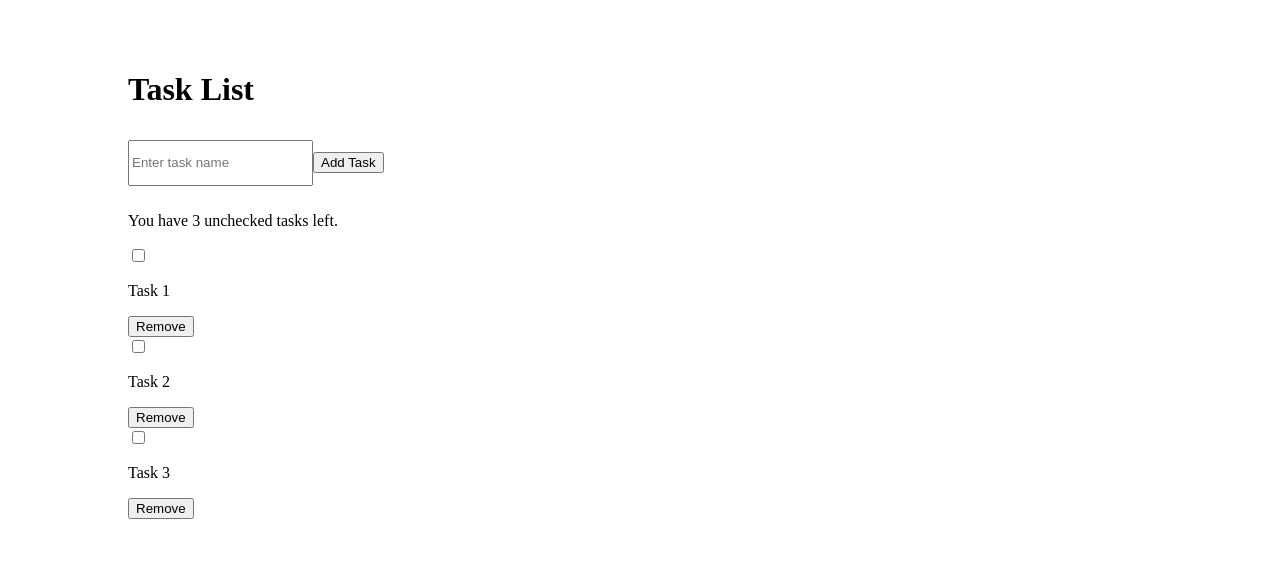
Repository: SandyLy453/task-list
Page: /
These files come from the project's save history. The page is drawn as it stood at one moment and after the next save; the edit follows.
The browser window is 1280 px wide. The pictures show the whole page.
The project was rebuilt for these pictures with package versions that can differ from the ones it lists, and the page was loaded fresh each time. Also part of the build but not shown: vite.config.js.

Above is the page before, as saved 2024-10-11 15:18:29.

### src/App.jsx
import { useState } from 'react';
import Task from './components/Task';
import TaskForm from './components/TaskForm';

function App() {
  const [tasks, setTasks] = useState([
    { name: 'Task 1', checked: false },
    { name: 'Task 2', checked: false },
    { name: 'Task 3', checked: false }
  ]);

  // Function to calculate the number of unchecked tasks
  const getUncheckedCount = () => {
    return tasks.filter((task) => !task.checked).length;
  };

  // Function to add a new task
  const addTask = (taskName) => {
    setTasks([...tasks, { name: taskName, checked: false }]); // New tasks are unchecked by default
  };

  // Function to remove a task
  const removeTask = (taskName) => {
    setTasks(tasks.filter((task) => task.name !== taskName));
  };

  // Function to toggle the task status
  const toggleTaskStatus = (taskName) => {
    const updatedTasks = tasks.map((task) =>
      task.name === taskName ? { ...task, checked: !task.checked } : task
    );
    setTasks(updatedTasks); // Update the task's checked status in the parent state
  };

  return (
    <>
      <div className="container">
        <h1>Task List</h1>
        <TaskForm addTask={addTask} />
        <p>You have {getUncheckedCount()} unchecked tasks left.</p>
        <div>
          {tasks.map((task, index) => (
            <Task
              key={index}
              name={task.name}
              checked={task.checked}
              toggleTaskStatus={toggleTaskStatus}
              removeTask={removeTask}
            />
          ))}
        </div>
      </div>
    </>
  );
}

export default App;

### src/index.css
.container {
  padding: 20px;
  margin: 30px 100px;
}

.inputBox {
  padding: 10px 0 10px 0;
}

.input {
  height: 40px;
}

### src/components/Task.jsx
import { useRef, useEffect } from "react";

export default function Task({ name, checked, removeTask, toggleTaskStatus }) {
  const checkboxRef = useRef(null);
  const taskNameRef = useRef(null);

  useEffect(() => {
    const checkbox = checkboxRef.current;
    const crossText = taskNameRef.current;

    // Handle the initial checked state
    if (checked) {
      checkbox.checked = true;
      crossText.style.textDecoration = "line-through";
    } else {
      checkbox.checked = false;
      crossText.style.textDecoration = "none";
    }

    const handleCheckBoxChange = () => {
      toggleTaskStatus(name);
    };

    checkbox.addEventListener("change", handleCheckBoxChange);

    return () => {
      checkbox.removeEventListener("change", handleCheckBoxChange);
    };
  }, [name, checked, toggleTaskStatus]);

  return (
    <>
      <div className="task">
        <label>
          <input type="checkbox" ref={checkboxRef} />
        </label>
        <p ref={taskNameRef}>{name}</p>
        <button className="task-delete" onClick={() => removeTask(name)}>
          Remove
        </button>
      </div>
    </>
  );
}

### src/components/TaskForm.jsx
import { useState } from "react";

export default function TaskForm({ addTask }) {
  const [inputValue, setInputValue] = useState("");

  const handleSubmit = (e) => {
    e.preventDefault();
    if (inputValue.trim() !== "") {
      addTask(inputValue);
      setInputValue(""); // clear the input
    }
  };

  return (
    <form onSubmit={handleSubmit} className="inputBox">
      <input
        type="text"
        value={inputValue}
        onChange={(e) => setInputValue(e.target.value)}
        placeholder="Enter task name"
        className="input"
      />
      <button type="submit" className="sm-btn">Add Task</button>
    </form>
  );
}

Loaded but not shown: index.html (common file); src/main.jsx (common file)

After the next save:
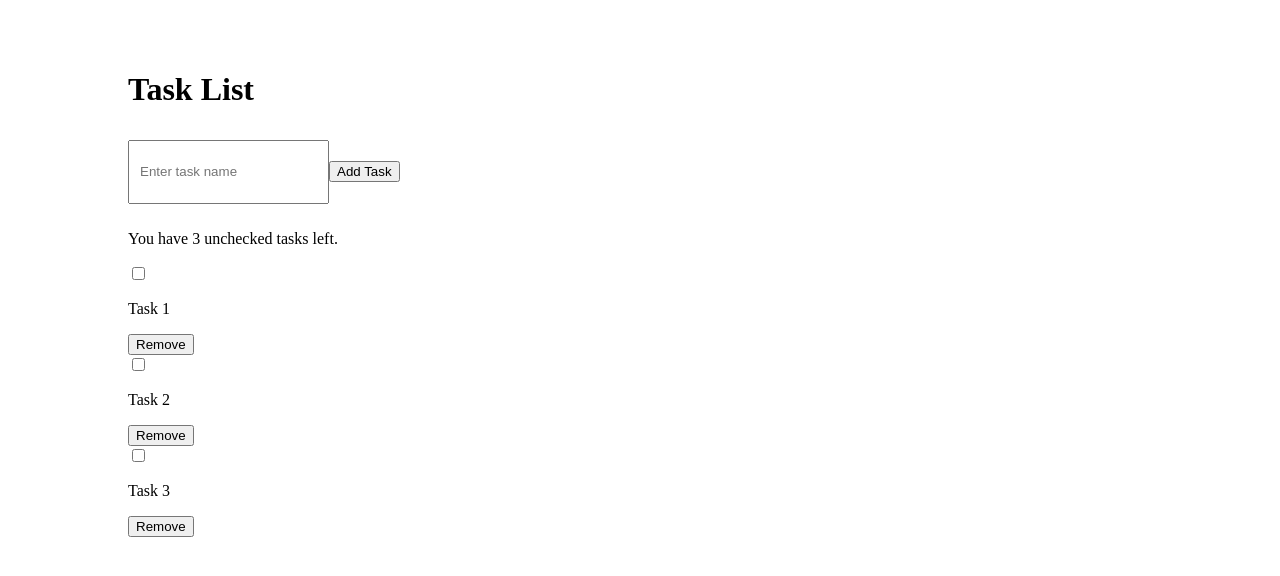
Saved 8 s later.
--- a/src/index.css
+++ b/src/index.css
@@ -9,4 +9,5 @@
 
 .input {
   height: 40px;
+  padding: 10px;
 }
